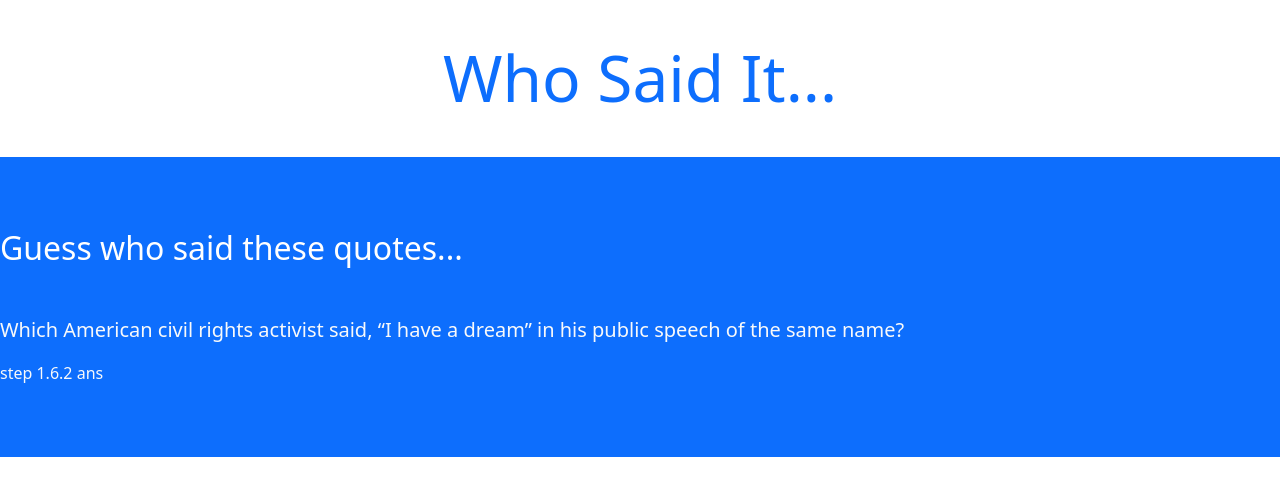
Repository: julihocc/Presentation-02-Forms-with-vanilla-JS
Page: index.html
The author's editor kept a copy of each file at every save. The page is drawn from the files as they stood at one save, then again after a run of saves.
The browser window is 1280 px wide. The pictures show the whole page.

Above is the page before, as saved 2022-09-27 13:41:50.

### index.html
<!-- step 0.1: create HTML5 template -->
<!DOCTYPE html>
<html lang="en">

<head>
    <meta charset="UTF-8">
    <meta http-equiv="X-UA-Compatible" content="IE=edge">
    <meta name="viewport" content="width=device-width, initial-scale=1.0">

    <!-- step 0.4: include bootstrap -->
    <!-- CSS only -->
    <link href="https://cdn.jsdelivr.net/npm/bootstrap@5.2.1/dist/css/bootstrap.min.css" rel="stylesheet"
        integrity="sha384-iYQeCzEYFbKjA/T2uDLTpkwGzCiq6soy8tYaI1GyVh/UjpbCx/TYkiZhlZB6+fzT" crossorigin="anonymous">

    <!-- step 0.2: change title -->
    <title>Who Said It...</title>
</head>

<body>

    <!-- step 1.1 top section -->
    <div class="intro py-3 bg-white text-center">
        <div class="container">
            <h2 class="text-primary display-3 my-4">
                Who Said It...
            </h2>
        </div>
    </div>

    <!-- step 1.4: quiz section -->
    <div class="quiz py-4 bg-primary">
        <div class="containter">
            <h2 class="my-5 text-white">
                Guess who said these quotes...
            </h2>
            <!-- step 1.5: create form -->
            <form class="quiz-form text-light">
                <!-- step 1.6: create containers for each question -->
                <!-- step 1.6.1 question #1-->
                <div class="my-5">
                    <p class="lead font-weight-normal">
                        Which American civil rights activist said, “I have a dream” in his public speech of the same name?
                    </p>
                    step 1.6.2 ans
                </div>
            </form>
        </div>
    </div>

    <!-- step 0.3: link js -->
    <script src="app.js"></script>
</body>

</html>

Loaded but not shown: app.js (no copy from this time; the picture is the same without it)

After the next 4 saves:
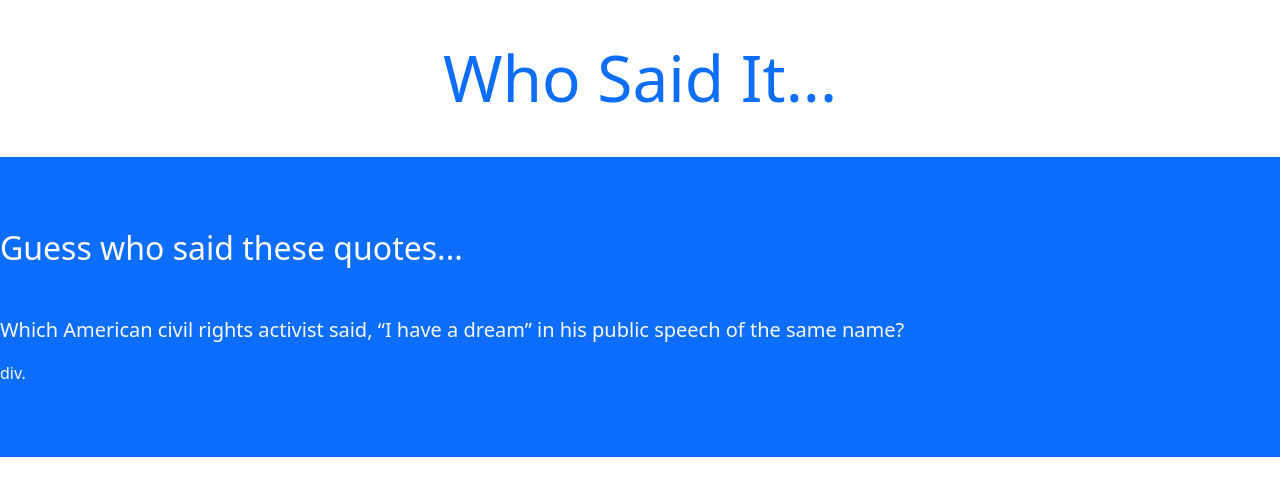
The 4 saves are shown as one change because they came seconds apart.
The last was saved 13 s later.
--- a/index.html
+++ b/index.html
@@ -41,7 +41,8 @@
                     <p class="lead font-weight-normal">
                         Which American civil rights activist said, “I have a dream” in his public speech of the same name?
                     </p>
-                    step 1.6.2 ans
+                    <!-- step 1.6.2 answer to question 1 -->
+                    div.
                 </div>
             </form>
         </div>
